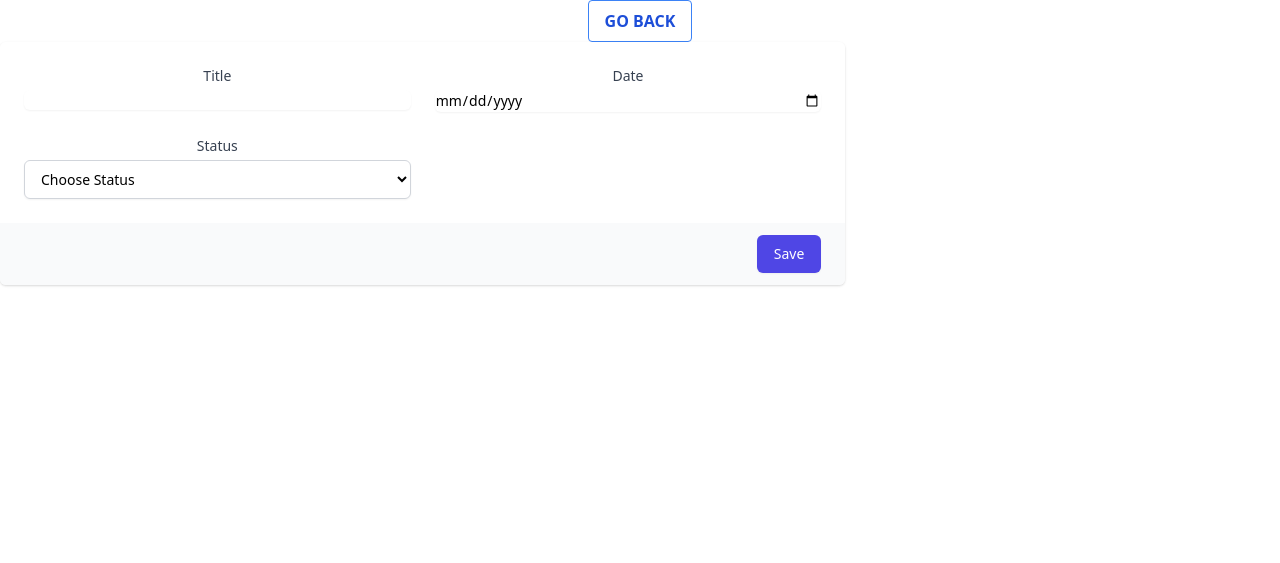
Repository: maikeru-desu/parking-lot
Page: /add (app in parking-lot-fe/)
An editor plug-in stored every save of this project. The page is shown before and after a run of saves, followed by the edit.
The browser window is 1280 px wide. The pictures show the whole page.
The project was rebuilt for these pictures with package versions that can differ from the ones it lists, and the page was loaded fresh each time. Also part of the build but not shown: parking-lot-fe/craco.config.js, parking-lot-fe/src/pages/Home.js, parking-lot-fe/src/pages/Edit.js.

Above is the page before, as saved 2021-10-14 06:54:09.

After the next 2 saves:
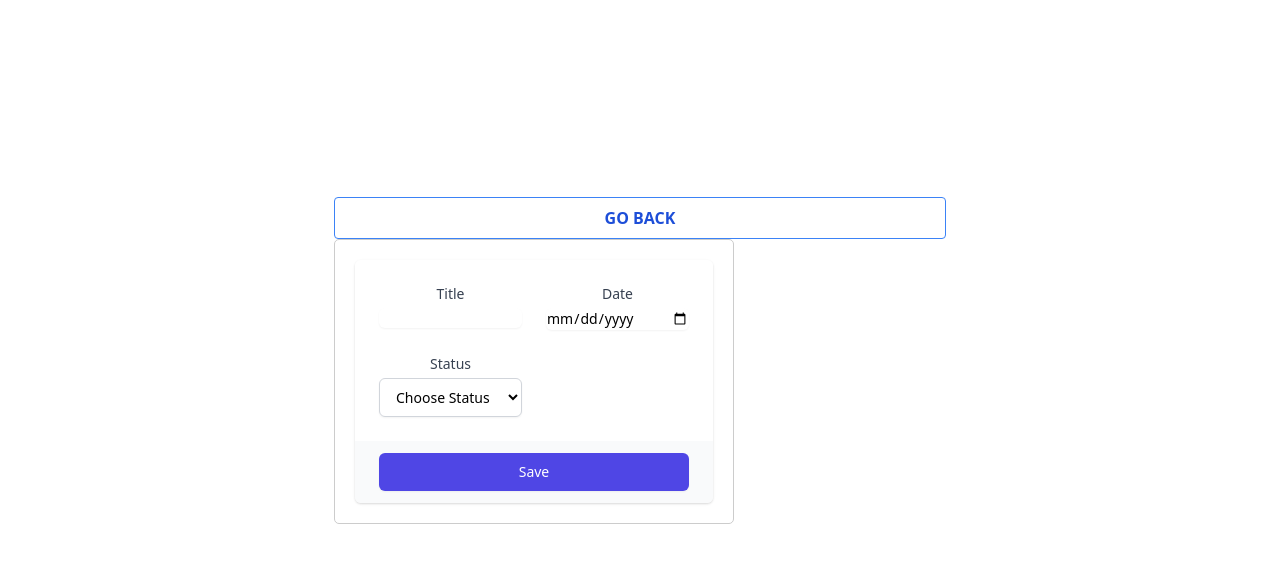
The 2 saves are shown as one change because they came seconds apart.
The last was saved 50 s later.
--- a/parking-lot-fe/src/pages/Add.js
+++ b/parking-lot-fe/src/pages/Add.js
@@ -2,6 +2,7 @@ import React, {useState} from 'react'
 import { useHistory } from 'react-router-dom';
 import { useDispatch } from 'react-redux';
 import { addEvent } from '../redux/actions';
+import './form.css';
 
 const Add = () => {
     const [state, setState] = useState({
